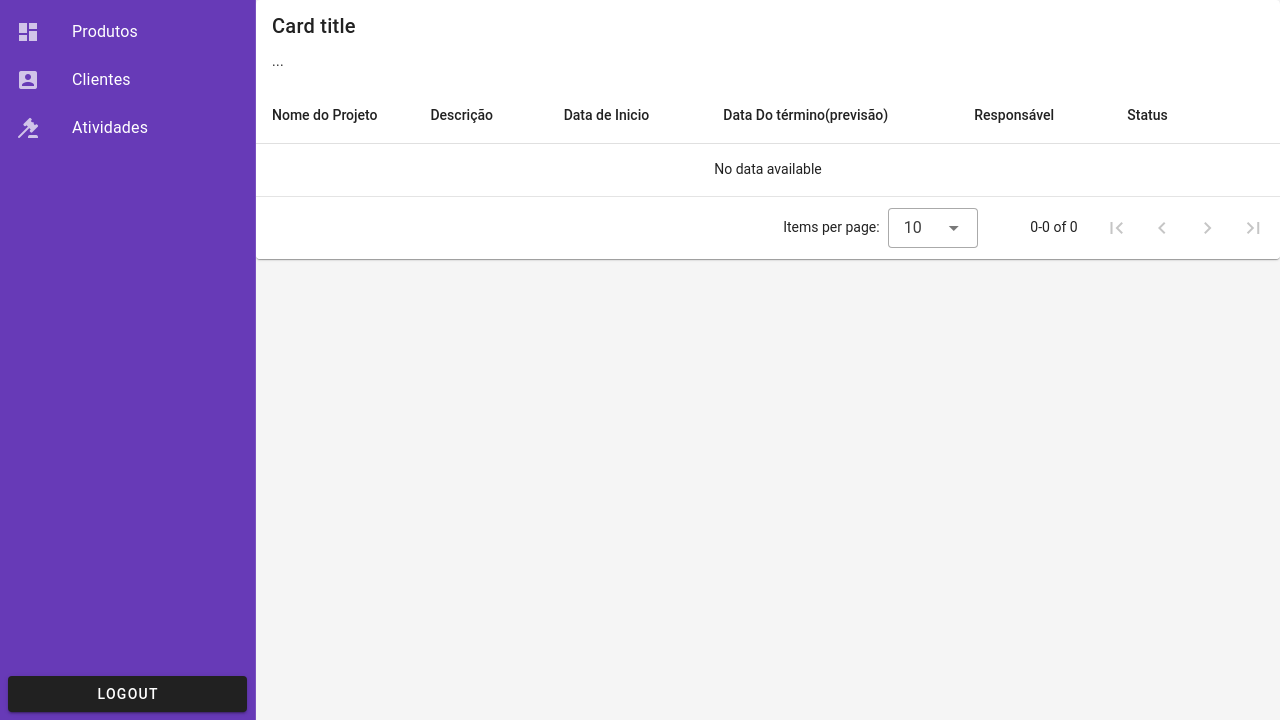
Repository: NtiSilva/Front_AG
Page: /products
The author's editor kept a copy of each file at every save. The page is drawn from the files as they stood at one save, then again after the next save.
The browser window is 1280 px wide. The pictures show the whole page.
The page's requests for data from a server got no answer. The project was rebuilt for these pictures with package versions that can differ from the ones it lists, and the page was loaded fresh each time. No one was signed in, and anything a server would have sent is missing. Also part of the build but not shown: vite.config.mjs, src/components/Alert.vue, src/components/Atividades/FormActivities.vue, src/components/Atividades/index.vue, src/components/Clientes/FormClient.vue, src/components/Dialog.vue, src/components/DialogRemove.vue, src/components/Clientes/ListClients.vue and 9 more.

Above is the page before, as saved 2024-06-19 20:36:05.

### src/main.js
import { createApp } from "vue";

import { registerPlugins } from "@/plugins";
import "./plugins/axios";

import App from "./App.vue";
import store from "./store";

const app = createApp(App).use(store);

registerPlugins(app);

app.mount("#app");

### src/plugins/axios.js
import axios from "axios";

axios.defaults.baseURL = import.meta.env.VITE_API_URL;

### src/App.vue
<template>
  <v-app>
    <v-navigation-drawer
      class="bg-deep-purple"
      theme="dark"
      permanent
    >
      <v-list color="transparent">
        <v-list-item prepend-icon="mdi-view-dashboard" title="Produtos" @click="navigateTo('/products')"></v-list-item>
        <v-list-item prepend-icon="mdi-account-box" title="Clientes" @click="navigateTo('/clients')"></v-list-item>
        <v-list-item prepend-icon="mdi-gavel" title="Atividades" @click="navigateTo('/activies')"></v-list-item>
      </v-list>

      <template v-slot:append>
        <div class="pa-2">
          <v-btn block @click="logout">
            Logout
          </v-btn>
        </div>
      </template>
    </v-navigation-drawer>

    <v-main class="main-content">
      <router-view />
    </v-main>
  </v-app>
</template>

<script>
export default {
  name: 'App',
  methods: {
    navigateTo(route) {
      this.$router.push(route);
    },
    logout() {
      // lógica para logout
    },
  },
};
</script>

<style>
html, body, #app {
  height: 100%;
  margin: 0;
}

.v-application {
  height: 100%;
}

.v-main {
  display: flex;
  flex-direction: column;
  height: 100%;
  background-color: #f5f5f5;
}

.v-navigation-drawer {
  height: 100%;
}
</style>

### src/store/index.js
import { createStore } from "vuex";
import activities from "./activities";
import clients from "./clients";
import productsModule from "./products";

export default createStore({
  modules: {
    activities,
    clients,
    productsModule,
  },
});

### src/plugins/vuetify.js
/**
 * plugins/vuetify.js
 *
 * Framework documentation: https://vuetifyjs.com`
 */

// Styles
import "@mdi/font/css/materialdesignicons.css";
import "vuetify/styles";

// Composables
import { createVuetify } from "vuetify";

// https://vuetifyjs.com/en/introduction/why-vuetify/#feature-guides
export default createVuetify({
  // theme: {
  //   defaultTheme: "dark",
  // },
});

### src/router/index.js
import { createRouter, createWebHistory } from "vue-router";
import Products from "@/pages/Products.vue";
import Activities from "@/pages/Activities.vue";
import Clients from "@/pages/Clients.vue";
import Home from "@/pages/HomePage.vue";

const routes = [
  {
    path: "/",
    name: "Home",
    component: Home,
  },
  {
    path: "/clients",
    name: "Clients",
    component: Clients,
  },
  {
    path: "/activities",
    name: "Activities",
    component: Activities,
  },
  {
    path: "/products",
    name: "Products",
    component: Products,
  },
];

const router = createRouter({
  history: createWebHistory(process.env.BASE_URL),
  routes,
});

export default router;

### src/store/activities.js
export default {
  state: {
    // state for module 1
  },
  mutations: {
    // mutations for module 1
  },
  actions: {
    // actions for module 1
  },
  getters: {
    // getters for module 1
  },
};

### src/store/clients.js
export default {
  state: {
    // state for module 1
  },
  mutations: {
    // mutations for module 1
  },
  actions: {
    // actions for module 1
  },
  getters: {
    // getters for module 1
  },
};

### src/store/products.js
import {
  getProducts,
  getProductById,
  createProduct,
  updateProduct,
  deleteProduct,
} from "@/services/productsServices";

const state = {
  products: [],
};

const mutations = {
  SET_PRODUCTS(state, products) {
    state.products = products;
  },
};

const actions = {
  async fetchProducts({ commit }) {
    try {
      const products = await getProducts();
      commit("SET_PRODUCTS", products);
    } catch (error) {
      console.error("Error fetching products:", error);
    }
  },
  async addProduct({ dispatch }, productData) {
    try {
      await createProduct(productData);
      dispatch("fetchProducts");
    } catch (error) {
      console.error("Error adding product:", error);
    }
  },
  async updateProduct({ dispatch }, { productId, productData }) {
    try {
      await updateProduct(productId, productData);
      dispatch("fetchProducts");
    } catch (error) {
      console.error("Error updating product:", error);
    }
  },
  async removeProduct({ dispatch }, productId) {
    try {
      await deleteProduct(productId);
      dispatch("fetchProducts");
    } catch (error) {
      console.error("Error removing product:", error);
    }
  },
};

const getters = {
  getProductById: (state) => (productId) => {
    return state.products.find((product) => product.id === productId);
  },
};

const productsModule = {
  namespaced: true,
  state,
  mutations,
  actions,
  getters,
};

export default productsModule;

### src/pages/Products.vue
<template>
  <v-card title="Card title" text="...">
  <v-data-table
    :headers="headers"
    :items="products"
  >
    <template v-slot:item.status="{ value }">
      <v-chip :color="getColor(value)">
        {{ value }}
      </v-chip>
    </template>
  </v-data-table>
  </v-card>
</template>

<script>
import { ref, onMounted, computed } from 'vue';
import { useStore } from 'vuex';

export default {
  name: "DashProducts",
  setup() {
    const store = useStore();

    const headers = [
      { align: 'start', key: 'project_name', sortable: false, title: 'Nome do Projeto' },
      { key: 'project_description', title: 'Descrição' },
      { key: 'dt_init', title: 'Data de Inicio' },
      { key: 'dt_end', title: 'Data Do término(previsão)' },
      { key: 'client.name', title: 'Responsável' },
      { key: 'status', title: 'Status' },
      { key: 'config', title: '' },
    ];

    const products = ref([]);

    // Mapeia o estado do Vuex
    const mappedProducts = computed(() => store.state.productsModule.products);

    const getColor = (status) => {
      if (status === 'Fechado') return 'red';
      else if (status === 'Em andamento') return 'orange';
      else return 'green';
    };

    // Ações do Vuex
    const fetchProducts = () => store.dispatch('productsModule/fetchProducts');

    onMounted(() => {
      fetchProducts();
    });

    return {
      headers,
      products: mappedProducts,
      getColor,
      fetchProducts,
    };
  }
};
</script>

### src/services/productsServices.js
// productsService.js
import axios from "axios";

const baseURL = "/project"; // Base URL for product endpoints

const getProducts = async () => {
  try {
    const response = await axios.get(`${baseURL}/all`);
    return response.data;
  } catch (error) {
    console.error("Erro ao buscar produtos:", error);
    throw error;
  }
};

const getProductById = async (productId) => {
  try {
    const response = await axios.get(`${baseURL}/${productId}`);
    return response.data;
  } catch (error) {
    console.error(`Erro ao buscar produto com ID ${productId}:`, error);
    throw error;
  }
};

const createProduct = async (productData) => {
  try {
    const response = await axios.post(`${baseURL}/add`, productData);
    return response.data;
  } catch (error) {
    console.error("Erro ao criar produto:", error);
    throw error;
  }
};

const updateProduct = async (productId, productData) => {
  try {
    const response = await axios.put(
      `${baseURL}/edit/${productId}`,
      productData
    );
    return response.data;
  } catch (error) {
    console.error(`Erro ao atualizar projeto com ID ${productId}:`, error);
    throw error;
  }
};

const deleteProduct = async (productId) => {
  try {
    const response = await axios.delete(`${baseURL}/delete/${productId}`);
    return response.data;
  } catch (error) {
    console.error(`Erro ao deletar projeto com ID ${productId}:`, error);
    throw error;
  }
};

export {
  getProducts,
  getProductById,
  createProduct,
  updateProduct,
  deleteProduct,
};

Loaded but not shown: index.html (common file); src/plugins/index.js (common file)

After the next save:
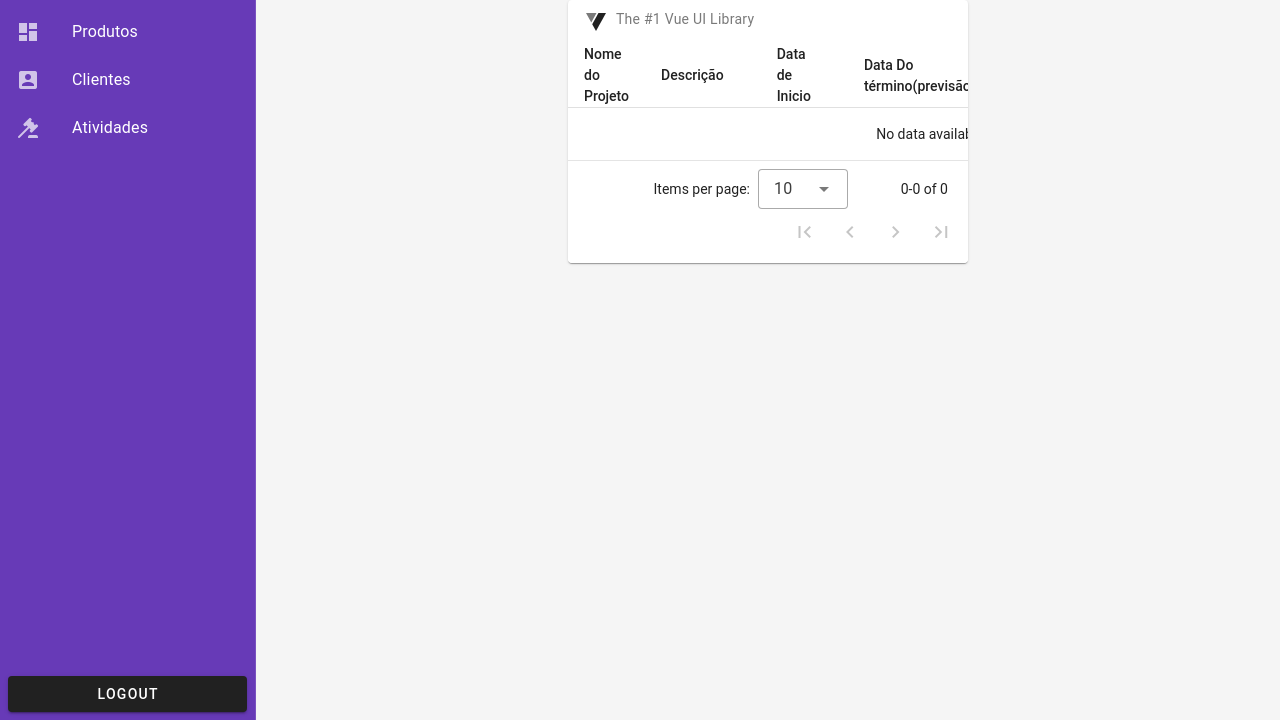
Saved 60 s later.
--- a/src/pages/Products.vue
+++ b/src/pages/Products.vue
@@ -1,5 +1,10 @@
 <template>
-  <v-card title="Card title" text="...">
+  <v-card
+    class="mx-auto"
+    prepend-icon="$vuetify"
+    subtitle="The #1 Vue UI Library"
+    width="400"
+  >
   <v-data-table
     :headers="headers"
     :items="products"
